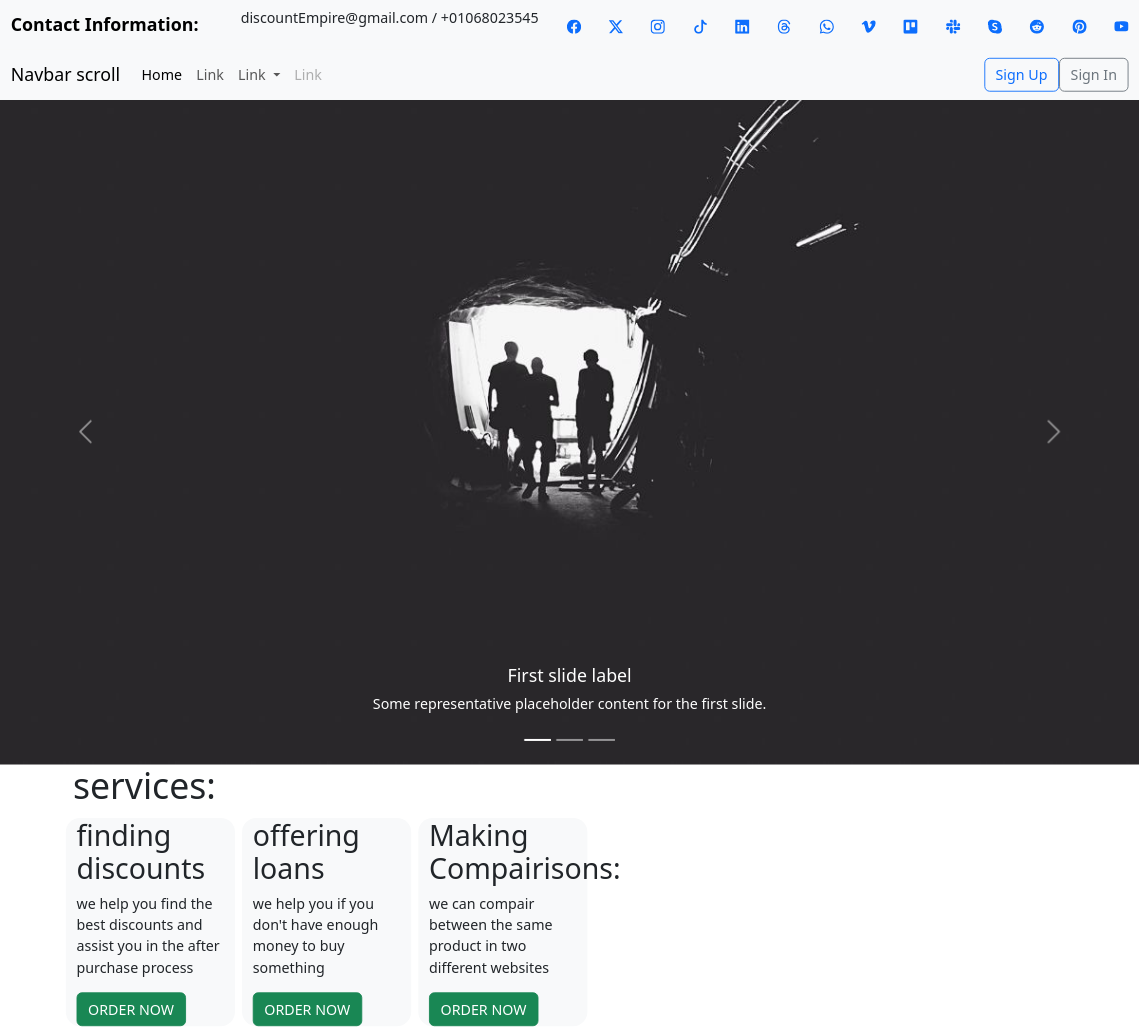
Repository: HaziimYassien/The-Discount-Empire
Page: index.html
These files come from the project's save history. The page is drawn as it stood at one moment and after the next save; the edit follows.
The browser window is 1280 px wide. The pictures show the whole page, at 89% of full size.

Above is the page before, as saved 2024-01-24 18:51:19.

### index.html
<!DOCTYPE html>
<html lang="en">
  <head>
    <meta charset="UTF-8" />
    <meta name="viewport" content="width=device-width, initial-scale=1.0" />
<link href="https://cdn.jsdelivr.net/npm/bootstrap@5.3.2/dist/css/bootstrap.min.css" rel="stylesheet" integrity="sha384-T3c6CoIi6uLrA9TneNEoa7RxnatzjcDSCmG1MXxSR1GAsXEV/Dwwykc2MPK8M2HN" crossorigin="anonymous">
<script src="https://cdn.jsdelivr.net/npm/bootstrap@5.3.2/dist/js/bootstrap.bundle.min.js" integrity="sha384-C6RzsynM9kWDrMNeT87bh95OGNyZPhcTNXj1NW7RuBCsyN/o0jlpcV8Qyq46cDfL" crossorigin="anonymous"></script>

    <title>Document</title>
  </head>
  <body>
    <!-- START _SocialMediaBar -->
<nav class="h-auto navbar sticky-top navbar-light bg-light">
  <div class="h-1 container-fluid">
    <strong class="mb-0 navbar-brand" href="#">Contact Information:  </strong>
    <p>discountEmpire@gmail.com / +01068023545</p>
    <a href="#">
 <svg xmlns="http://www.w3.org/2000/svg" width="16" height="16" fill="currentColor" class="bi bi-facebook" viewBox="0 0 16 16">
  <path d="M16 8.049c0-4.446-3.582-8.05-8-8.05C3.58 0-.002 3.603-.002 8.05c0 4.017 2.926 7.347 6.75 7.951v-5.625h-2.03V8.05H6.75V6.275c0-2.017 1.195-3.131 3.022-3.131.876 0 1.791.157 1.791.157v1.98h-1.009c-.993 0-1.303.621-1.303 1.258v1.51h2.218l-.354 2.326H9.25V16c3.824-.604 6.75-3.934 6.75-7.951"/>
</svg>
    </a>

    <a href="#">
<svg xmlns="http://www.w3.org/2000/svg" width="16" height="16" fill="currentColor" class="bi bi-twitter-x" viewBox="0 0 16 16">
  <path d="M12.6.75h2.454l-5.36 6.142L16 15.25h-4.937l-3.867-5.07-4.425 5.07H.316l5.733-6.57L0 .75h5.063l3.495 4.633L12.601.75Zm-.86 13.028h1.36L4.323 2.145H2.865z"/>
</svg>
</a>
<a href="#">
<svg xmlns="http://www.w3.org/2000/svg" width="16" height="16" fill="currentColor" class="bi bi-instagram" viewBox="0 0 16 16">
  <path d="M8 0C5.829 0 5.556.01 4.703.048 3.85.088 3.269.222 2.76.42a3.9 3.9 0 0 0-1.417.923A3.9 3.9 0 0 0 .42 2.76C.222 3.268.087 3.85.048 4.7.01 5.555 0 5.827 0 8.001c0 2.172.01 2.444.048 3.297.04.852.174 1.433.372 1.942.205.526.478.972.923 1.417.444.445.89.719 1.416.923.51.198 1.09.333 1.942.372C5.555 15.99 5.827 16 8 16s2.444-.01 3.298-.048c.851-.04 1.434-.174 1.943-.372a3.9 3.9 0 0 0 1.416-.923c.445-.445.718-.891.923-1.417.197-.509.332-1.09.372-1.942C15.99 10.445 16 10.173 16 8s-.01-2.445-.048-3.299c-.04-.851-.175-1.433-.372-1.941a3.9 3.9 0 0 0-.923-1.417A3.9 3.9 0 0 0 13.24.42c-.51-.198-1.092-.333-1.943-.372C10.443.01 10.172 0 7.998 0zm-.717 1.442h.718c2.136 0 2.389.007 3.232.046.78.035 1.204.166 1.486.275.373.145.64.319.92.599s.453.546.598.92c.11.281.24.705.275 1.485.039.843.047 1.096.047 3.231s-.008 2.389-.047 3.232c-.035.78-.166 1.203-.275 1.485a2.5 2.5 0 0 1-.599.919c-.28.28-.546.453-.92.598-.28.11-.704.24-1.485.276-.843.038-1.096.047-3.232.047s-2.39-.009-3.233-.047c-.78-.036-1.203-.166-1.485-.276a2.5 2.5 0 0 1-.92-.598 2.5 2.5 0 0 1-.6-.92c-.109-.281-.24-.705-.275-1.485-.038-.843-.046-1.096-.046-3.233s.008-2.388.046-3.231c.036-.78.166-1.204.276-1.486.145-.373.319-.64.599-.92s.546-.453.92-.598c.282-.11.705-.24 1.485-.276.738-.034 1.024-.044 2.515-.045zm4.988 1.328a.96.96 0 1 0 0 1.92.96.96 0 0 0 0-1.92m-4.27 1.122a4.109 4.109 0 1 0 0 8.217 4.109 4.109 0 0 0 0-8.217m0 1.441a2.667 2.667 0 1 1 0 5.334 2.667 2.667 0 0 1 0-5.334"/>
</svg>
</a>
<a href="#">
<svg xmlns="http://www.w3.org/2000/svg" width="16" height="16" fill="currentColor" class="bi bi-tiktok" viewBox="0 0 16 16">
  <path d="M9 0h1.98c.144.715.54 1.617 1.235 2.512C12.895 3.389 13.797 4 15 4v2c-1.753 0-3.07-.814-4-1.829V11a5 5 0 1 1-5-5v2a3 3 0 1 0 3 3z"/>
</svg>
</a>
<a href="#">
<svg xmlns="http://www.w3.org/2000/svg" width="16" height="16" fill="currentColor" class="bi bi-linkedin" viewBox="0 0 16 16">
  <path d="M0 1.146C0 .513.526 0 1.175 0h13.65C15.474 0 16 .513 16 1.146v13.708c0 .633-.526 1.146-1.175 1.146H1.175C.526 16 0 15.487 0 14.854zm4.943 12.248V6.169H2.542v7.225zm-1.2-8.212c.837 0 1.358-.554 1.358-1.248-.015-.709-.52-1.248-1.342-1.248S2.4 3.226 2.4 3.934c0 .694.521 1.248 1.327 1.248zm4.908 8.212V9.359c0-.216.016-.432.08-.586.173-.431.568-.878 1.232-.878.869 0 1.216.662 1.216 1.634v3.865h2.401V9.25c0-2.22-1.184-3.252-2.764-3.252-1.274 0-1.845.7-2.165 1.193v.025h-.016l.016-.025V6.169h-2.4c.03.678 0 7.225 0 7.225z"/>
</svg>
</a>
<a href="#">
<svg xmlns="http://www.w3.org/2000/svg" width="16" height="16" fill="currentColor" class="bi bi-threads" viewBox="0 0 16 16">
  <path d="M6.321 6.016c-.27-.18-1.166-.802-1.166-.802.756-1.081 1.753-1.502 3.132-1.502.975 0 1.803.327 2.394.948s.928 1.509 1.005 2.644q.492.207.905.484c1.109.745 1.719 1.86 1.719 3.137 0 2.716-2.226 5.075-6.256 5.075C4.594 16 1 13.987 1 7.994 1 2.034 4.482 0 8.044 0 9.69 0 13.55.243 15 5.036l-1.36.353C12.516 1.974 10.163 1.43 8.006 1.43c-3.565 0-5.582 2.171-5.582 6.79 0 4.143 2.254 6.343 5.63 6.343 2.777 0 4.847-1.443 4.847-3.556 0-1.438-1.208-2.127-1.27-2.127-.236 1.234-.868 3.31-3.644 3.31-1.618 0-3.013-1.118-3.013-2.582 0-2.09 1.984-2.847 3.55-2.847.586 0 1.294.04 1.663.114 0-.637-.54-1.728-1.9-1.728-1.25 0-1.566.405-1.967.868ZM8.716 8.19c-2.04 0-2.304.87-2.304 1.416 0 .878 1.043 1.168 1.6 1.168 1.02 0 2.067-.282 2.232-2.423a6.2 6.2 0 0 0-1.528-.161"/>
</svg>
</a>
<a href="#">
<svg xmlns="http://www.w3.org/2000/svg" width="16" height="16" fill="currentColor" class="bi bi-whatsapp" viewBox="0 0 16 16">
  <path d="M13.601 2.326A7.85 7.85 0 0 0 7.994 0C3.627 0 .068 3.558.064 7.926c0 1.399.366 2.76 1.057 3.965L0 16l4.204-1.102a7.9 7.9 0 0 0 3.79.965h.004c4.368 0 7.926-3.558 7.93-7.93A7.9 7.9 0 0 0 13.6 2.326zM7.994 14.521a6.6 6.6 0 0 1-3.356-.92l-.24-.144-2.494.654.666-2.433-.156-.251a6.56 6.56 0 0 1-1.007-3.505c0-3.626 2.957-6.584 6.591-6.584a6.56 6.56 0 0 1 4.66 1.931 6.56 6.56 0 0 1 1.928 4.66c-.004 3.639-2.961 6.592-6.592 6.592m3.615-4.934c-.197-.099-1.17-.578-1.353-.646-.182-.065-.315-.099-.445.099-.133.197-.513.646-.627.775-.114.133-.232.148-.43.05-.197-.1-.836-.308-1.592-.985-.59-.525-.985-1.175-1.103-1.372-.114-.198-.011-.304.088-.403.087-.088.197-.232.296-.346.1-.114.133-.198.198-.33.065-.134.034-.248-.015-.347-.05-.099-.445-1.076-.612-1.47-.16-.389-.323-.335-.445-.34-.114-.007-.247-.007-.38-.007a.73.73 0 0 0-.529.247c-.182.198-.691.677-.691 1.654s.71 1.916.81 2.049c.098.133 1.394 2.132 3.383 2.992.47.205.84.326 1.129.418.475.152.904.129 1.246.08.38-.058 1.171-.48 1.338-.943.164-.464.164-.86.114-.943-.049-.084-.182-.133-.38-.232"/>
</svg>
</a>
<a href="#">
<svg xmlns="http://www.w3.org/2000/svg" width="16" height="16" fill="currentColor" class="bi bi-vimeo" viewBox="0 0 16 16">
  <path d="M15.992 4.204q-.106 2.334-3.262 6.393-3.263 4.243-5.522 4.243-1.4 0-2.367-2.583L3.55 7.523Q2.83 4.939 2.007 4.94q-.178.001-1.254.754L0 4.724a210 210 0 0 0 2.334-2.081q1.581-1.364 2.373-1.437 1.865-.185 2.298 2.553.466 2.952.646 3.666.54 2.447 1.186 2.445.5 0 1.508-1.587 1.006-1.587 1.077-2.415.144-1.37-1.077-1.37a3 3 0 0 0-1.185.261q1.183-3.86 4.508-3.756 2.466.075 2.324 3.2z"/>
</svg>
</a>
<a href="#">
<svg xmlns="http://www.w3.org/2000/svg" width="16" height="16" fill="currentColor" class="bi bi-trello" viewBox="0 0 16 16">
  <path d="M14.1 0H1.903C.852 0 .002.85 0 1.9v12.19A1.9 1.9 0 0 0 1.902 16h12.199A1.9 1.9 0 0 0 16 14.09V1.9A1.9 1.9 0 0 0 14.1 0M7 11.367a.636.636 0 0 1-.64.633H3.593a.633.633 0 0 1-.63-.633V3.583c0-.348.281-.631.63-.633h2.765c.35.002.632.284.633.633zm6.052-3.5a.633.633 0 0 1-.64.633h-2.78A.636.636 0 0 1 9 7.867V3.583a.636.636 0 0 1 .633-.633h2.778c.35.002.631.285.631.633z"/>
</svg>
</a>
<a href="#">
<svg xmlns="http://www.w3.org/2000/svg" width="16" height="16" fill="currentColor" class="bi bi-slack" viewBox="0 0 16 16">
  <path d="M3.362 10.11c0 .926-.756 1.681-1.681 1.681S0 11.036 0 10.111.756 8.43 1.68 8.43h1.682zm.846 0c0-.924.756-1.68 1.681-1.68s1.681.756 1.681 1.68v4.21c0 .924-.756 1.68-1.68 1.68a1.685 1.685 0 0 1-1.682-1.68zM5.89 3.362c-.926 0-1.682-.756-1.682-1.681S4.964 0 5.89 0s1.68.756 1.68 1.68v1.682zm0 .846c.924 0 1.68.756 1.68 1.681S6.814 7.57 5.89 7.57H1.68C.757 7.57 0 6.814 0 5.89c0-.926.756-1.682 1.68-1.682zm6.749 1.682c0-.926.755-1.682 1.68-1.682S16 4.964 16 5.889s-.756 1.681-1.68 1.681h-1.681zm-.848 0c0 .924-.755 1.68-1.68 1.68A1.685 1.685 0 0 1 8.43 5.89V1.68C8.43.757 9.186 0 10.11 0c.926 0 1.681.756 1.681 1.68zm-1.681 6.748c.926 0 1.682.756 1.682 1.681S11.036 16 10.11 16s-1.681-.756-1.681-1.68v-1.682h1.68zm0-.847c-.924 0-1.68-.755-1.68-1.68s.756-1.681 1.68-1.681h4.21c.924 0 1.68.756 1.68 1.68 0 .926-.756 1.681-1.68 1.681z"/>
</svg>
</a>
<a href="#">
<svg xmlns="http://www.w3.org/2000/svg" width="16" height="16" fill="currentColor" class="bi bi-skype" viewBox="0 0 16 16">
  <path d="M4.671 0c.88 0 1.733.247 2.468.702a7.42 7.42 0 0 1 6.02 2.118 7.37 7.37 0 0 1 2.167 5.215q0 .517-.072 1.026a4.66 4.66 0 0 1 .6 2.281 4.64 4.64 0 0 1-1.37 3.294A4.67 4.67 0 0 1 11.18 16c-.84 0-1.658-.226-2.37-.644a7.42 7.42 0 0 1-6.114-2.107A7.37 7.37 0 0 1 .529 8.035q0-.545.08-1.081a4.644 4.644 0 0 1 .76-5.59A4.68 4.68 0 0 1 4.67 0zm.447 7.01c.18.309.43.572.729.769a7 7 0 0 0 1.257.653q.737.308 1.145.523c.229.112.437.264.615.448.135.142.21.331.21.528a.87.87 0 0 1-.335.723c-.291.196-.64.289-.99.264a2.6 2.6 0 0 1-1.048-.206 11 11 0 0 1-.532-.253 1.3 1.3 0 0 0-.587-.15.72.72 0 0 0-.501.176.63.63 0 0 0-.195.491.8.8 0 0 0 .148.482 1.2 1.2 0 0 0 .456.354 5.1 5.1 0 0 0 2.212.419 4.6 4.6 0 0 0 1.624-.265 2.3 2.3 0 0 0 1.08-.801c.267-.39.402-.855.386-1.327a2.1 2.1 0 0 0-.279-1.101 2.5 2.5 0 0 0-.772-.792A7 7 0 0 0 8.486 7.3a1 1 0 0 0-.145-.058 18 18 0 0 1-1.013-.447 1.8 1.8 0 0 1-.54-.387.73.73 0 0 1-.2-.508.8.8 0 0 1 .385-.723 1.76 1.76 0 0 1 .968-.247c.26-.003.52.03.772.096q.412.119.802.293c.105.049.22.075.336.076a.6.6 0 0 0 .453-.19.7.7 0 0 0 .18-.496.72.72 0 0 0-.17-.476 1.4 1.4 0 0 0-.556-.354 3.7 3.7 0 0 0-.708-.183 6 6 0 0 0-1.022-.078 4.5 4.5 0 0 0-1.536.258 2.7 2.7 0 0 0-1.174.784 1.9 1.9 0 0 0-.45 1.287c-.01.37.076.736.25 1.063"/>
</svg>
</a>
<a href="#">
<svg xmlns="http://www.w3.org/2000/svg" width="16" height="16" fill="currentColor" class="bi bi-reddit" viewBox="0 0 16 16">
  <path d="M6.167 8a.83.83 0 0 0-.83.83c0 .459.372.84.83.831a.831.831 0 0 0 0-1.661m1.843 3.647c.315 0 1.403-.038 1.976-.611a.23.23 0 0 0 0-.306.213.213 0 0 0-.306 0c-.353.363-1.126.487-1.67.487-.545 0-1.308-.124-1.671-.487a.213.213 0 0 0-.306 0 .213.213 0 0 0 0 .306c.564.563 1.652.61 1.977.61zm.992-2.807c0 .458.373.83.831.83s.83-.381.83-.83a.831.831 0 0 0-1.66 0z"/>
  <path d="M16 8A8 8 0 1 1 0 8a8 8 0 0 1 16 0m-3.828-1.165c-.315 0-.602.124-.812.325-.801-.573-1.9-.945-3.121-.993l.534-2.501 1.738.372a.83.83 0 1 0 .83-.869.83.83 0 0 0-.744.468l-1.938-.41a.2.2 0 0 0-.153.028.2.2 0 0 0-.086.134l-.592 2.788c-1.24.038-2.358.41-3.17.992-.21-.2-.496-.324-.81-.324a1.163 1.163 0 0 0-.478 2.224q-.03.17-.029.353c0 1.795 2.091 3.256 4.669 3.256s4.668-1.451 4.668-3.256c0-.114-.01-.238-.029-.353.401-.181.688-.592.688-1.069 0-.65-.525-1.165-1.165-1.165"/>
</svg>
</a>
<a href="#">
<svg xmlns="http://www.w3.org/2000/svg" width="16" height="16" fill="currentColor" class="bi bi-pinterest" viewBox="0 0 16 16">
  <path d="M8 0a8 8 0 0 0-2.915 15.452c-.07-.633-.134-1.606.027-2.297.146-.625.938-3.977.938-3.977s-.239-.479-.239-1.187c0-1.113.645-1.943 1.448-1.943.682 0 1.012.512 1.012 1.127 0 .686-.437 1.712-.663 2.663-.188.796.4 1.446 1.185 1.446 1.422 0 2.515-1.5 2.515-3.664 0-1.915-1.377-3.254-3.342-3.254-2.276 0-3.612 1.707-3.612 3.471 0 .688.265 1.425.595 1.826a.24.24 0 0 1 .056.23c-.061.252-.196.796-.222.907-.035.146-.116.177-.268.107-1-.465-1.624-1.926-1.624-3.1 0-2.523 1.834-4.84 5.286-4.84 2.775 0 4.932 1.977 4.932 4.62 0 2.757-1.739 4.976-4.151 4.976-.811 0-1.573-.421-1.834-.919l-.498 1.902c-.181.695-.669 1.566-.995 2.097A8 8 0 1 0 8 0"/>
</svg>
</a>
<a href="#">
<svg xmlns="http://www.w3.org/2000/svg" width="16" height="16" fill="currentColor" class="bi bi-youtube" viewBox="0 0 16 16">
  <path d="M8.051 1.999h.089c.822.003 4.987.033 6.11.335a2.01 2.01 0 0 1 1.415 1.42c.101.38.172.883.22 1.402l.01.104.022.26.008.104c.065.914.073 1.77.074 1.957v.075c-.001.194-.01 1.108-.082 2.06l-.008.105-.009.104c-.05.572-.124 1.14-.235 1.558a2.01 2.01 0 0 1-1.415 1.42c-1.16.312-5.569.334-6.18.335h-.142c-.309 0-1.587-.006-2.927-.052l-.17-.006-.087-.004-.171-.007-.171-.007c-1.11-.049-2.167-.128-2.654-.26a2.01 2.01 0 0 1-1.415-1.419c-.111-.417-.185-.986-.235-1.558L.09 9.82l-.008-.104A31 31 0 0 1 0 7.68v-.123c.002-.215.01-.958.064-1.778l.007-.103.003-.052.008-.104.022-.26.01-.104c.048-.519.119-1.023.22-1.402a2.01 2.01 0 0 1 1.415-1.42c.487-.13 1.544-.21 2.654-.26l.17-.007.172-.006.086-.003.171-.007A100 100 0 0 1 7.858 2zM6.4 5.209v4.818l4.157-2.408z"/>
</svg>
</a>
  </div>
</nav>
    <!-- END _SocialMediaBar -->
    <!-- START _NavBar -->
    <nav class="navbar navbar-expand-lg navbar-light bg-light sticky-top">
      <div class="container-fluid">
        <a class="navbar-brand" href="#">Navbar scroll</a>
        <button
          class="navbar-toggler"
          type="button"
          data-bs-toggle="collapse"
          data-bs-target="#navbarScroll"
          aria-controls="navbarScroll"
          aria-expanded="false"
          aria-label="Toggle navigation"
        >
          <span class="navbar-toggler-icon"></span>
        </button>
        <div class="collapse navbar-collapse" id="navbarScroll">
          <ul
            class="navbar-nav me-auto my-2 my-lg-0 navbar-nav-scroll"
            style="--bs-scroll-height: 100px"
          >
            <li class="nav-item">
              <a class="nav-link active" aria-current="page" href="#">Home</a>
            </li>
            <li class="nav-item">
              <a class="nav-link" href="#">Link</a>
            </li>
            <li class="nav-item dropdown">
              <a
                class="nav-link dropdown-toggle"
                href="#"
                id="navbarScrollingDropdown"
                role="button"
                data-bs-toggle="dropdown"
                aria-expanded="false"
              >
                Link
              </a>
              <ul
                class="dropdown-menu"
                aria-labelledby="navbarScrollingDropdown"
              >
                <li><a class="dropdown-item" href="#">Action</a></li>
                <li><a class="dropdown-item" href="#">Another action</a></li>
                <li><hr class="dropdown-divider" /></li>
                <li>
                  <a class="dropdown-item" href="#">Something else here</a>
                </li>
              </ul>
            </li>
            <li class="nav-item">
              <a
                class="nav-link disabled"
                href="#"
                tabindex="-1"
                aria-disabled="true"
                >Link</a
              >
            </li>
          </ul>

            <button class="btn btn-outline-primary" type="#">
              Sign Up
            </button>
              <button class="btn btn-outline-secondary" type="#">
              Sign In
            </button>
          </form>
        </div>
      </div>
    </nav>
    <!-- END _NavBar -->


    <!-- START _Gallery -->

<div id="carouselExampleDark" class="carousel carousel-light slide" data-bs-ride="carousel">
  <div class="carousel-indicators">
    <button type="button" data-bs-target="#carouselExampleDark" data-bs-slide-to="0" class="active" aria-current="true" aria-label="Slide 1"></button>
    <button type="button" data-bs-target="#carouselExampleDark" data-bs-slide-to="1" aria-label="Slide 2"></button>
    <button type="button" data-bs-target="#carouselExampleDark" data-bs-slide-to="2" aria-label="Slide 3"></button>
  </div>
  <div class="carousel-inner">
    <div class="carousel-item active" data-bs-interval="10000">
      <img src="/img/la.jpg" class="d-block w-100" alt="...">
      <div class="carousel-caption d-none d-md-block">
        <h5>First slide label</h5>
        <p>Some representative placeholder content for the first slide.</p>
      </div>
    </div>
    <div class="carousel-item" data-bs-interval="2000">
      <img src="/img/la.jpg" class="d-block w-100" alt="...">
      <div class="carousel-caption d-none d-md-block">
        <h5>Second slide label</h5>
        <p>Some representative placeholder content for the second slide.</p>
      </div>
    </div>
    <div class="carousel-item">
      <img src="/img/la.jpg" class="d-block w-100" alt="...">
      <div class="carousel-caption d-none d-md-block">
        <h5>Third slide label</h5>
        <p>Some representative placeholder content for the third slide.</p>
      </div>
    </div>
  </div>
  <button class="carousel-control-prev" type="button" data-bs-target="#carouselExampleDark" data-bs-slide="prev">
    <span class="carousel-control-prev-icon" aria-hidden="true"></span>
    <span class="visually-hidden">Previous</span>
  </button>
  <button class="carousel-control-next" type="button" data-bs-target="#carouselExampleDark" data-bs-slide="next">
    <span class="carousel-control-next-icon" aria-hidden="true"></span>
    <span class="visually-hidden">Next</span>
  </button>
</div>
    <!-- END _Gallery -->



    <!-- START _Services -->
<section class="container">
  <h1>services: </h1>

  <div class="row">
  <div class="col-sm-2 bg-light rounded-4 m-1">
    <h2>finding discounts</h2>
    <p>we help you find the best discounts and assist you in the after purchase process</p>
    <button type="button" class="btn btn-success">ORDER NOW</button>
  </div>
  <div class="col-sm-2 bg-light rounded-4 m-1">
    <h2>offering loans</h2>
    <p>we help you if you don't have enough money to buy something</p>
    <button type="button" class="btn btn-success">ORDER NOW</button>
  </div>
  <div class="col-sm-2 bg-light rounded-4 m-1">
    <h2>Making Compairisons: </h2>
    <p>we can compair between the same product in two different websites </p>
    <button type="button" class="btn btn-success">ORDER NOW</button>
  </div>

</section>
    <!-- END _Services -->
  </body>
</html>

After the next save:
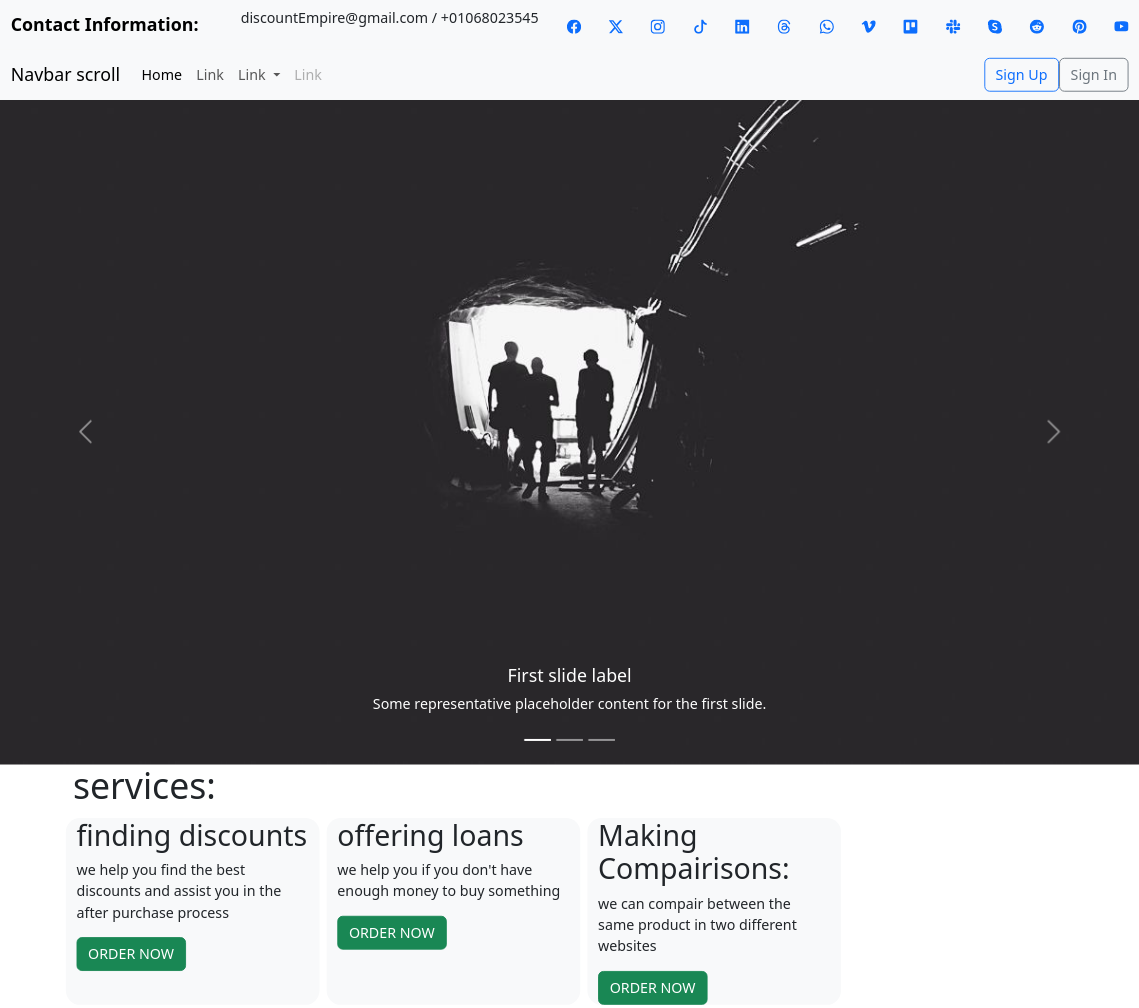
Saved 3 s later.
--- a/index.html
+++ b/index.html
@@ -211,17 +211,17 @@
   <h1>services: </h1>
 
   <div class="row">
-  <div class="col-sm-2 bg-light rounded-4 m-1">
+  <div class="col-sm-3 bg-light rounded-4 m-1">
     <h2>finding discounts</h2>
     <p>we help you find the best discounts and assist you in the after purchase process</p>
     <button type="button" class="btn btn-success">ORDER NOW</button>
   </div>
-  <div class="col-sm-2 bg-light rounded-4 m-1">
+  <div class="col-sm-3 bg-light rounded-4 m-1">
     <h2>offering loans</h2>
     <p>we help you if you don't have enough money to buy something</p>
     <button type="button" class="btn btn-success">ORDER NOW</button>
   </div>
-  <div class="col-sm-2 bg-light rounded-4 m-1">
+  <div class="col-sm-3 bg-light rounded-4 m-1">
     <h2>Making Compairisons: </h2>
     <p>we can compair between the same product in two different websites </p>
     <button type="button" class="btn btn-success">ORDER NOW</button>
